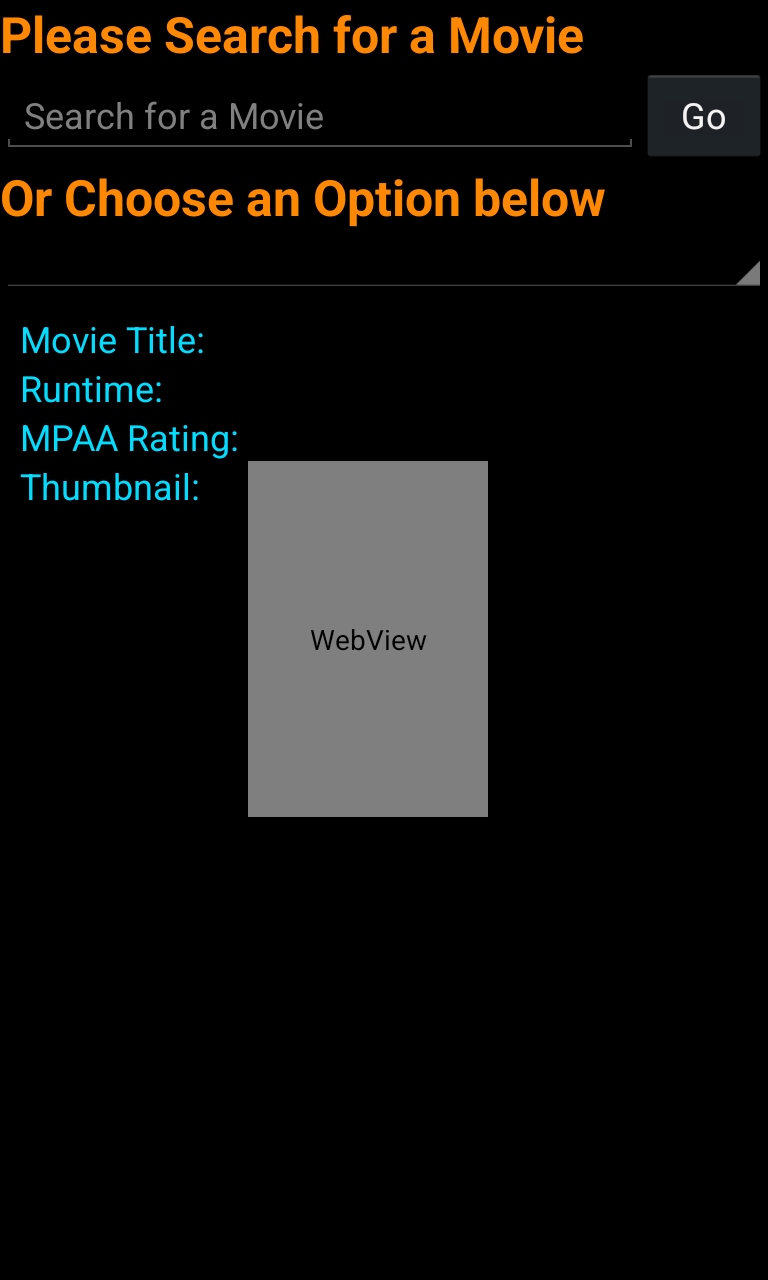
Repository: mikesmithjr/Java1
Layout: Week 4/MovieListing/res/layout/form.xml
These files come from the project's save history. The layout is drawn as it stood at one moment and after the next save; the edit follows.
Pictures or frames that could not be fetched are drawn as grey boxes. It is drawn on a 768 x 1280 px phone screen (xhdpi) without system bars, with theme AppTheme; the app's code is not run.

Above is the layout before, as saved 2013-08-02 01:58:47.

After the next save:
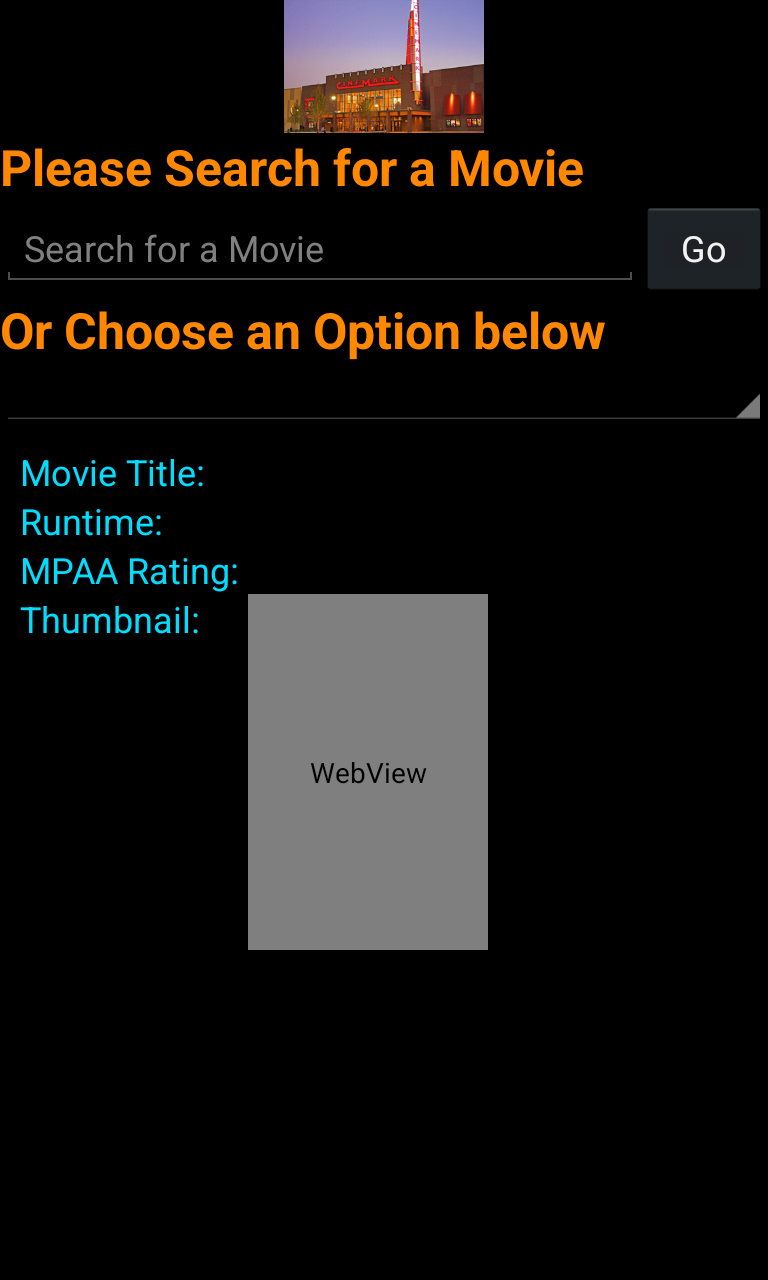
Saved 3 min 15 s later.
--- a/Week 4/MovieListing/res/layout/form.xml
+++ b/Week 4/MovieListing/res/layout/form.xml
@@ -6,7 +6,8 @@
 
     <ImageView
         android:layout_width="match_parent"
-        android:layout_height="wrap_content"/>
+        android:layout_height="wrap_content"
+        android:src="@drawable/cinemark_frisco"/>
 
     <TextView
             android:layout_width="match_parent"
